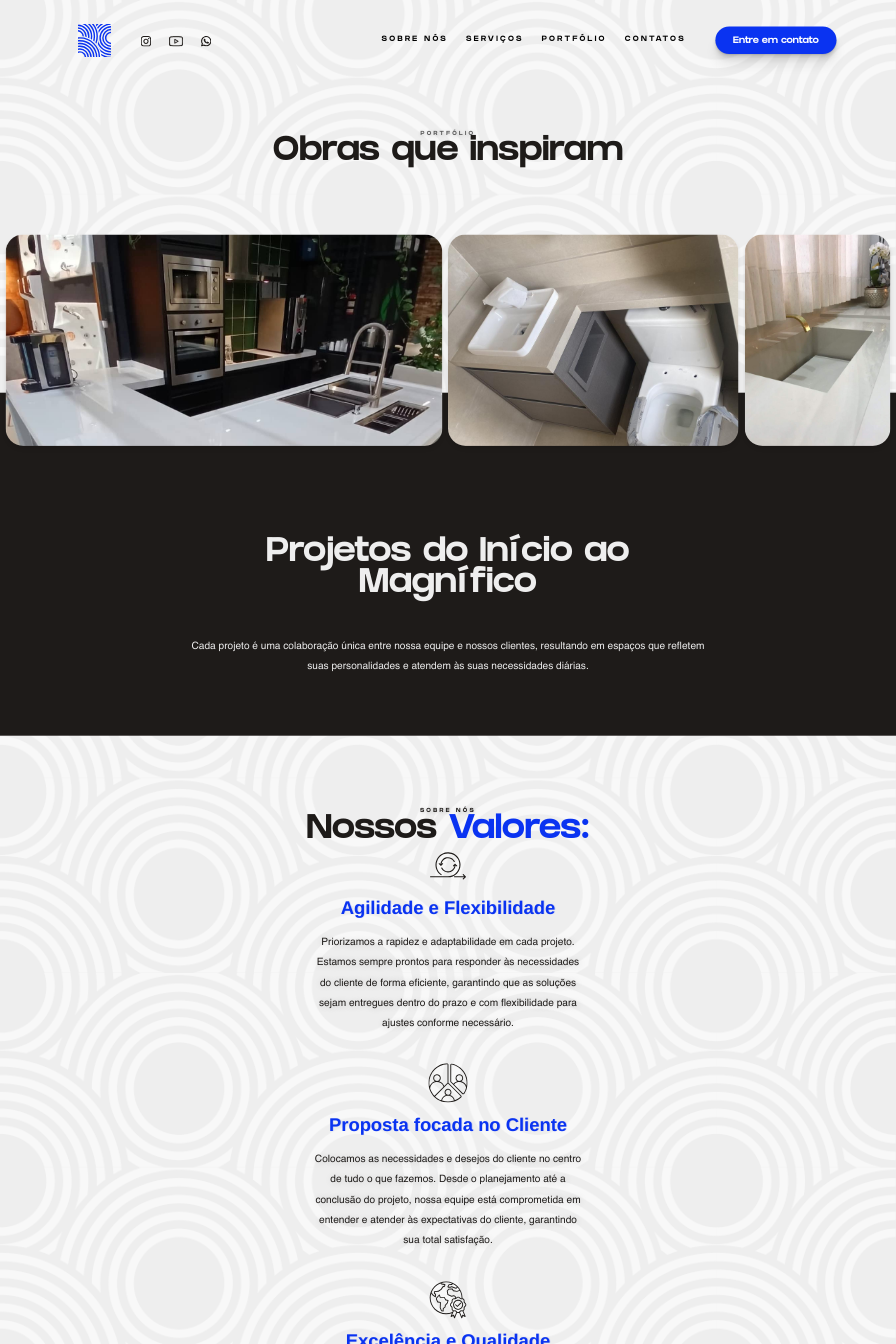
Repository: lucastdcs/ReforMar
Page: /portfolio
An editor plug-in stored every save of this project. The page is shown before and after a run of saves, followed by the edit.
The browser window is 1280 px wide. The pictures show the part of the page from y = 0 to 1920 px (the page is 6311 px tall before and 720 px after), at 70% of full size.
Backgrounds fixed to the window are drawn as part of the page. The project was rebuilt for these pictures with package versions that can differ from the ones it lists, and the page was loaded fresh each time. Also part of the build but not shown: vite.config.js, src/Components/EmailPopUp/EmailPopUp.styled.js, src/Components/EmailPopUp/EmailPopUp.jsx, src/Components/Card/Card.styled.js, src/Components/Card/Card.jsx, src/Components/ServicesCard/ServicesCard.styled.js, src/Components/ServicesCard/ServicesCard.jsx, src/Components/Badges/Badges.styled.js and 9 more.

Above is the page before, as saved 2024-10-11 12:05:26.

After the next 6 saves:
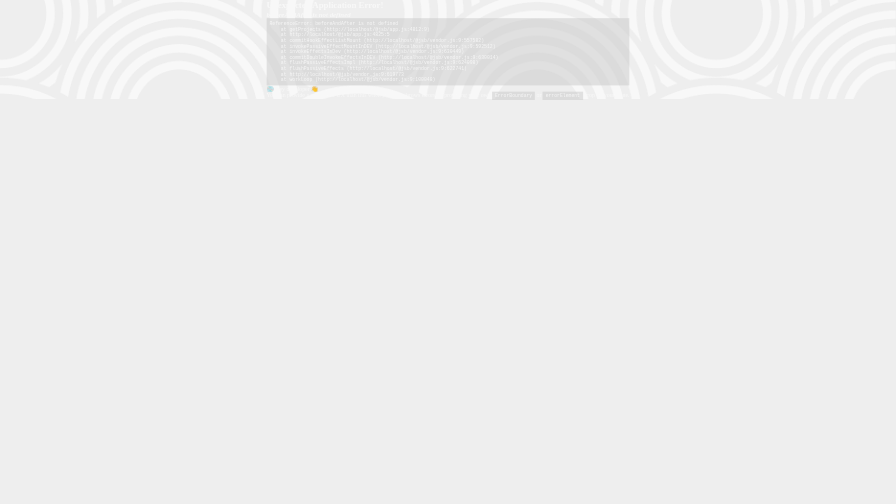
Console error: ReferenceError: beforeAndAfter is not defined
The 6 saves are shown as one change because 2 did not build or start and some came seconds apart.
The last was saved 39 s later.
--- a/src/Pages/Portfolio.jsx
+++ b/src/Pages/Portfolio.jsx
@@ -9,7 +9,7 @@ import img1 from "../assets/imgs/ServicesImg.jpg";
 import img2 from "../assets/imgs/ObrasIMG2.jpg";
 import img3 from "../assets/imgs/ObrasIMG3.jpg";
 import CarouselNew from "../Components/MotionCarousel/MotionCarousel.jsx";
-import { getBeforeAfterImagesFromFolder, getImagesFromFolder } from "../utils/getImagesfromFolder.js";
+import { getMainImagesFromFolder, getImagesFromFolder } from "../utils/getImagesfromFolder.js";
 
 const Portfolio = () => {
   const Main = styled.main`
@@ -126,7 +126,7 @@ const Portfolio = () => {
     while (i < 20) {
       const imageUrls = getImagesFromFolder(`projeto${i}`, 5);
       // const thumbnailUrl = getThumbnailFromFolder(`projeto${i}`);
-      const beforeAndAfter = getBeforeAfterImagesFromFolder(`projeto${i}`);
+      const mainImgs = getMainImagesFromFolder(`projeto${i}`);
 
       allProjects.push({
         imageUrls,
--- a/src/utils/getImagesfromFolder.js
+++ b/src/utils/getImagesfromFolder.js
@@ -9,7 +9,7 @@ export const getImagesFromFolder = (folderName, amount) => {
   return images;
 };
 
-export const getBeforeAfterImagesFromFolder = (folderName) => {
+export const getMainImagesFromFolder = (folderName) => {
   const beforeImageUrl = new URL(`/src/assets/imgs/${folderName}/antes.jpg`, import.meta.url).href;
   const afterImageUrl = new URL(`/src/assets/imgs/${folderName}/depois.jpg`, import.meta.url).href;
   const thumbnail = new URL(`/src/assets/imgs/${folderName}/thumbnail.jpg`, import.meta.url).href;

After the 2 saves that followed:
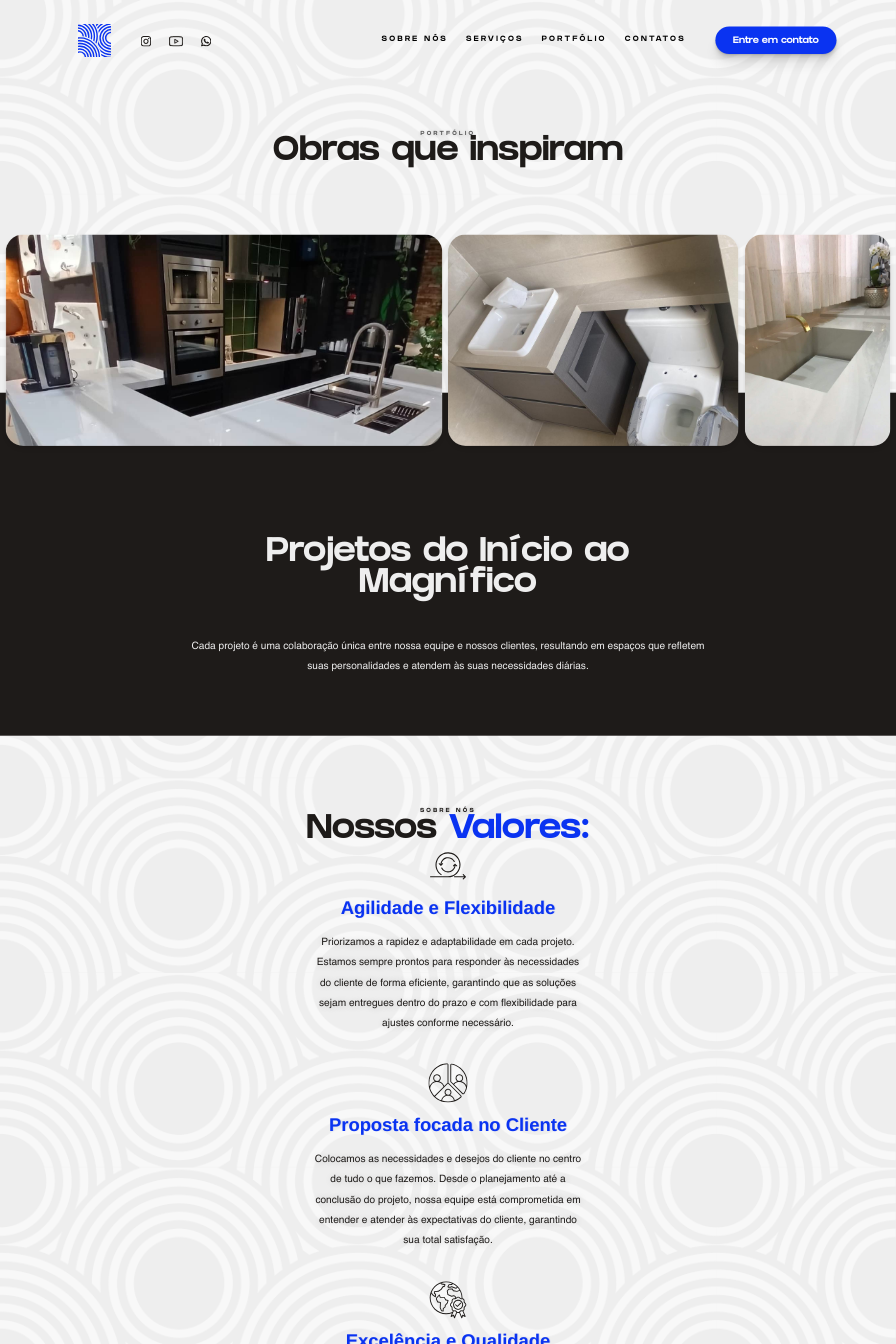
The error is gone.
The 2 saves are shown as one change because they came seconds apart.
The last was saved 6 s later.
--- a/src/Pages/Portfolio.jsx
+++ b/src/Pages/Portfolio.jsx
@@ -130,10 +130,10 @@ const Portfolio = () => {
 
       allProjects.push({
         imageUrls,
-        beforeAndAfter,
+        mainImgs,
       });
 
-      if (imageUrls === undefined || beforeAndAfter === undefined ) {
+      if (imageUrls === undefined || mainImgs === undefined ) {
         console.log(
           `Nenhum projeto encontrado em projeto${i}, parando a busca.`
         );
